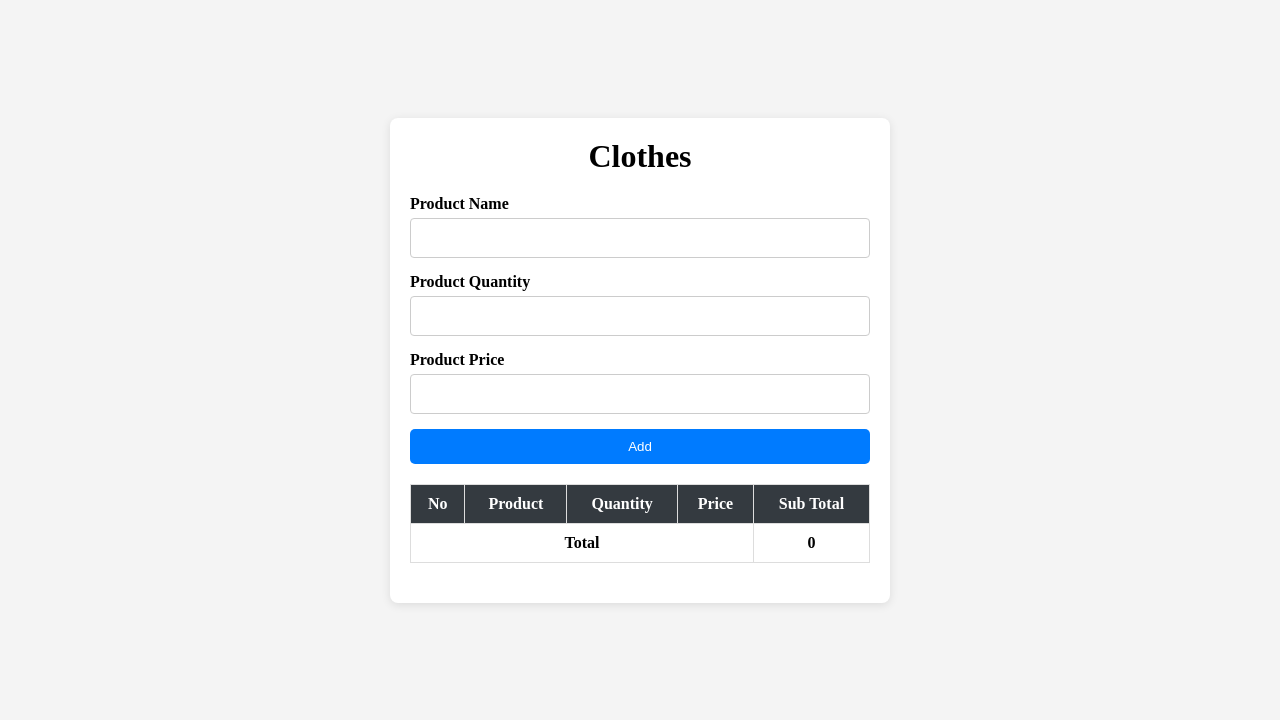
Repository: LeTiepTuyen/homework2
Page: clothes_form.html
The author's editor kept a copy of each file at every save. The page is drawn from the files as they stood at one save, then again after the next save.
The browser window is 1280 px wide. The pictures show the whole page.

Above is the page before, as saved 2024-09-19 19:10:21.

After the next save:
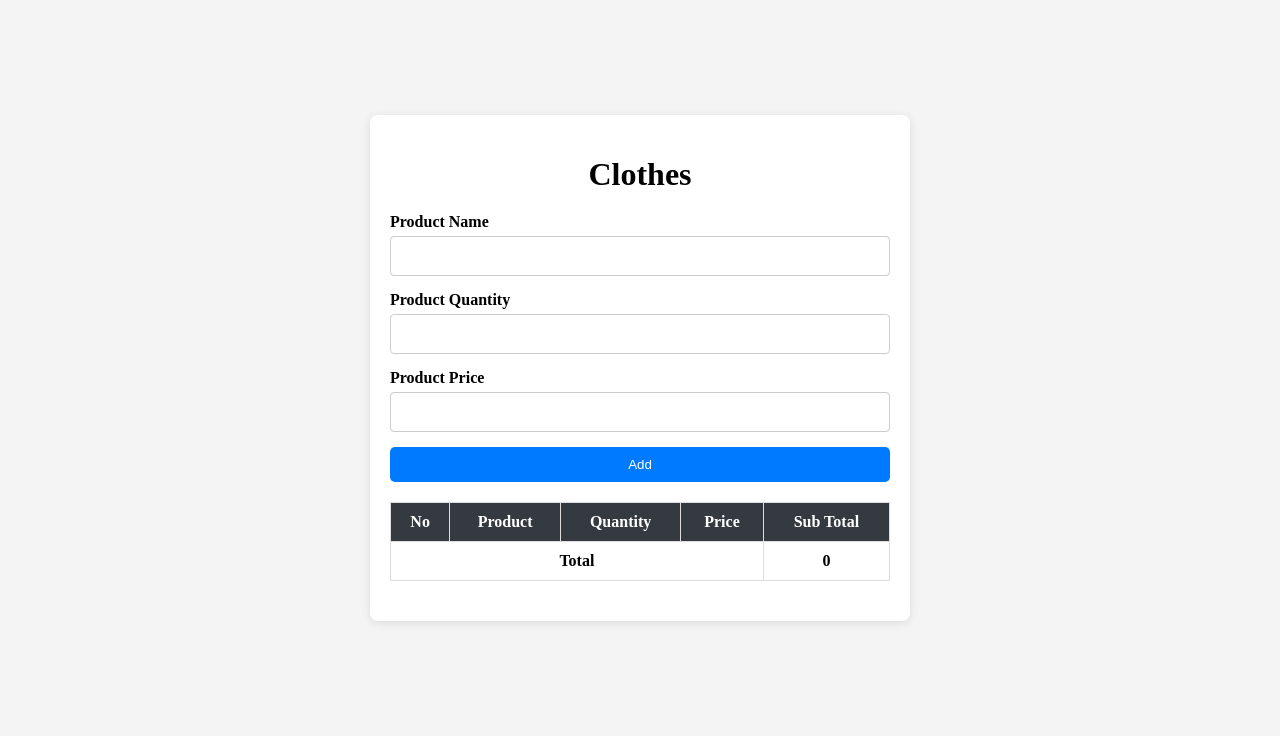
Saved 56 s later.
--- a/style.css
+++ b/style.css
@@ -1,9 +1,3 @@
-* {
-  margin: 0;
-  padding: 0;
-  box-sizing: border-box;
-}
-
 body {
   background-color: #f4f4f4;
   display: flex;
